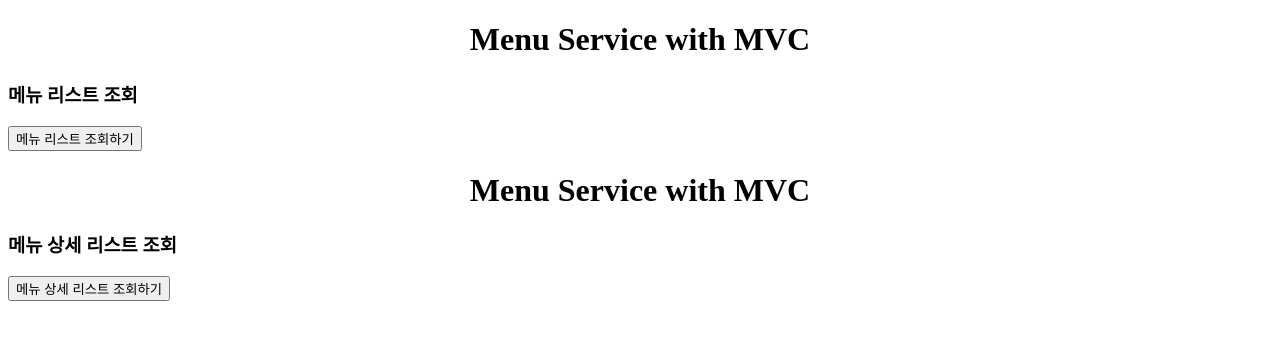
Repository: DaeyeonKim97/Menu-MVC
Page: http://localhost/menu-mvc-mybatis/
An editor plug-in stored every save of this project. The page is shown before and after the next save, followed by the edit.
The browser window is 1280 px wide. The pictures show the whole page.
The page is served by Tomcat 9. Nobody is signed in. The application's start-up code is not run.

Above is the page before, as saved 2022-08-13 06:45:29.

After the next save:
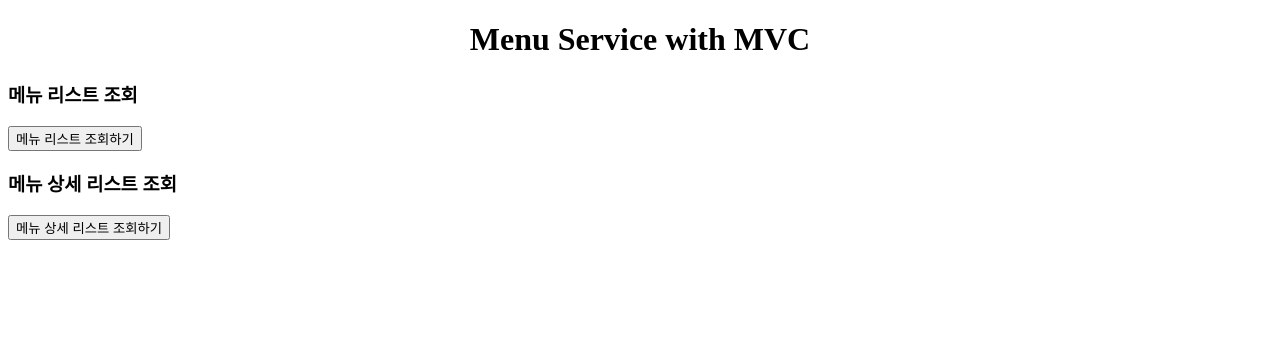
Saved 4 s later.
--- a/menu-mvc-mybatis/src/main/webapp/index.jsp
+++ b/menu-mvc-mybatis/src/main/webapp/index.jsp
@@ -12,7 +12,6 @@
 	<button onclick="location.href = '${pageContext.servletContext.contextPath}/list'">
 		메뉴 리스트 조회하기
 	</button>
-	<jsp:include page="./WEB-INF/views/common/header.jsp"/>
 	<h3>메뉴 상세 리스트 조회</h3>
 	<button onclick="location.href = '${pageContext.servletContext.contextPath}/list'">
 		메뉴 상세 리스트 조회하기
